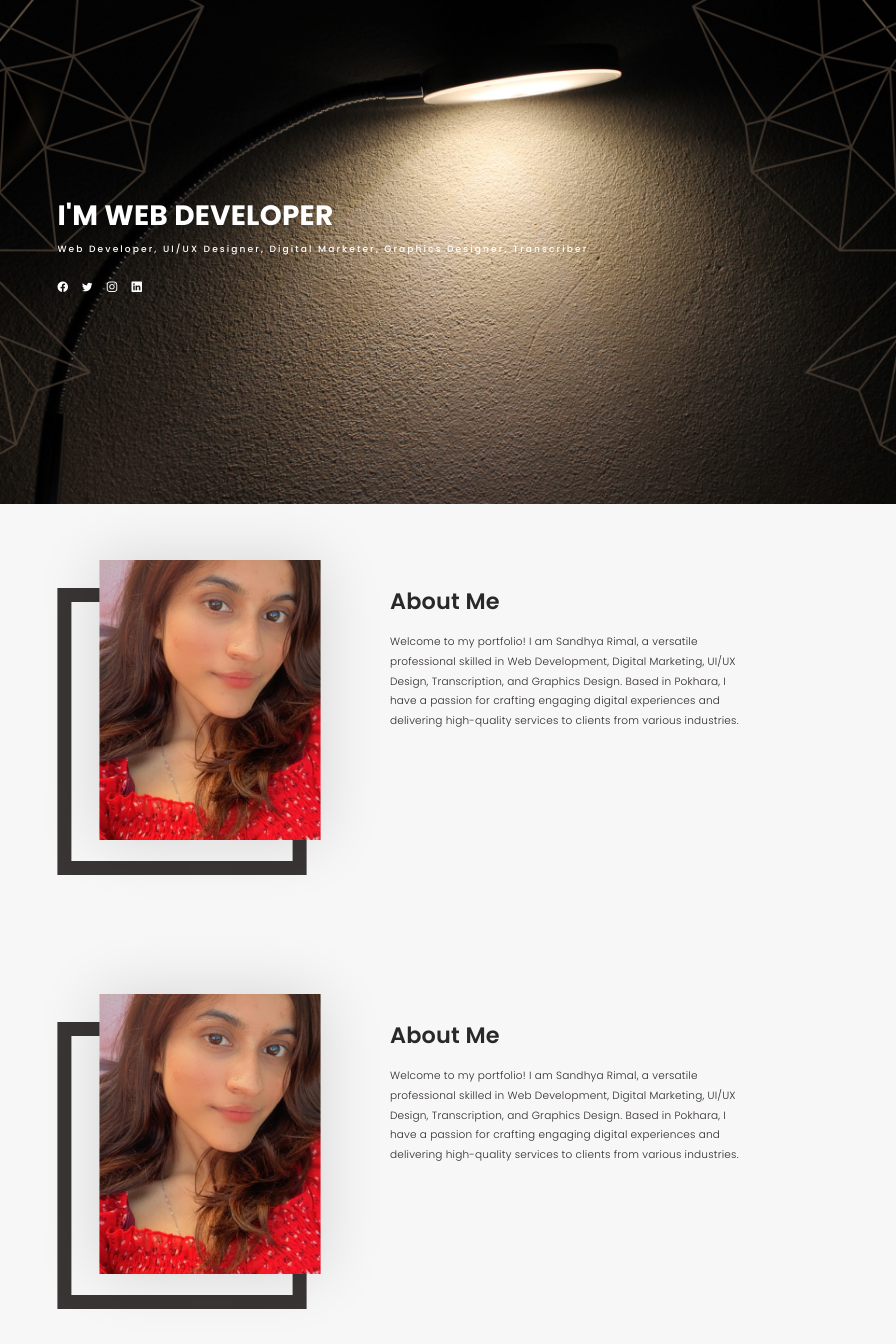
Repository: sandhya8109/portfolio
Page: index.html
These files come from the project's save history. The page is drawn as it stood at one moment and after the next save; the edit follows.
The browser window is 1280 px wide. The pictures show the part of the page from y = 0 to 1920 px (the page is 4909 px tall before and 5248 px after), at 70% of full size.
Some web fonts or font styles are not loaded; a fallback is used.

Above is the page before, as saved 2023-11-20 19:33:39.

After the next save:
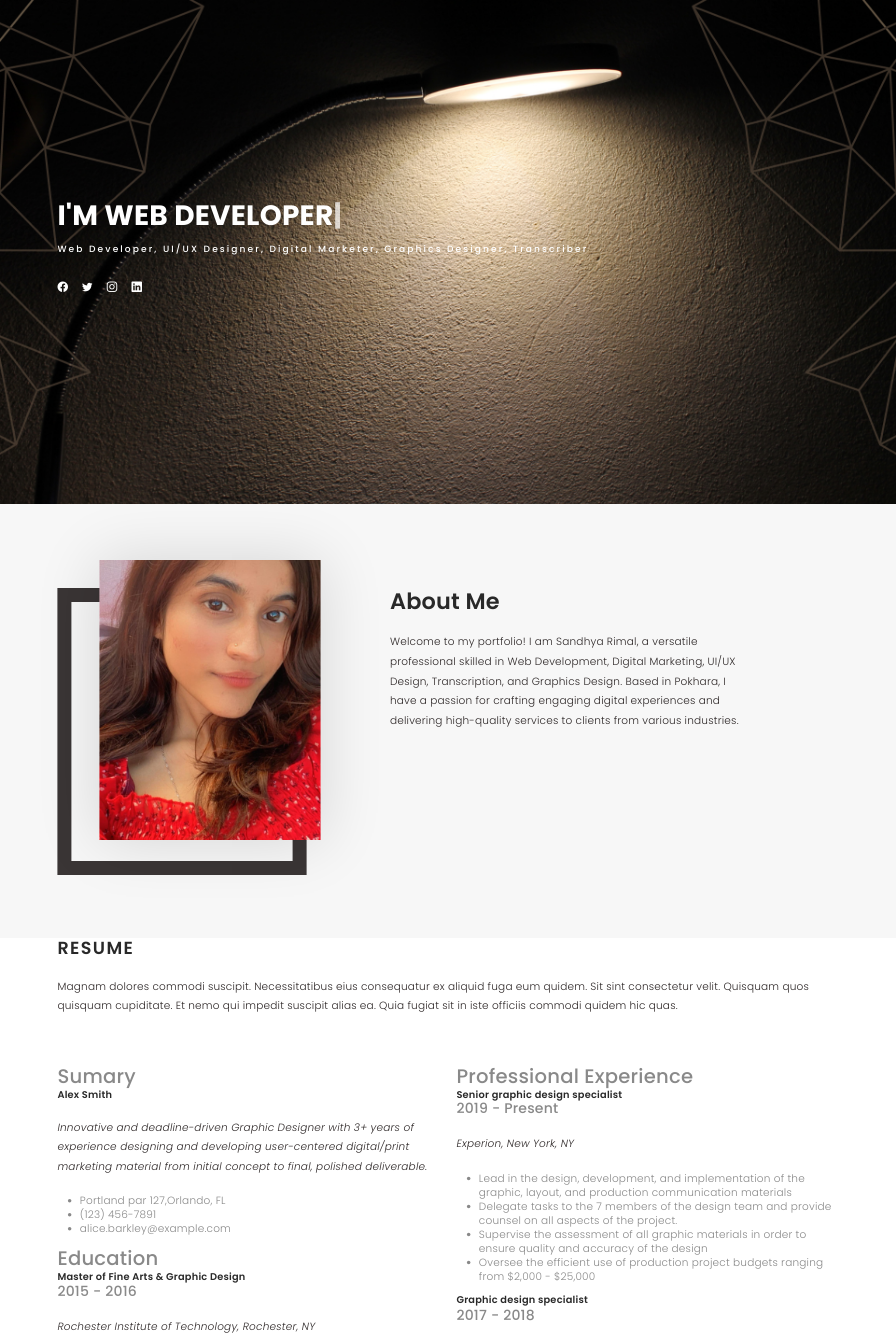
Saved 2 min 57 s later.
--- a/index.html
+++ b/index.html
@@ -114,31 +114,70 @@
         </div>
       </div>
     </div><!-- End About Section -->
-    <!-- ======= resume Section ======= -->
-    <div id="about" class="paddsection">
-      <div class="container">
-        <div class="row justify-content-between">
-
-          <div class="col-lg-4 ">
-            <div class="div-img-bg">
-              <div class="about-img">
-                <img src="assets/img/me.jpg" class="img-responsive" alt="me">
-              </div>
-            </div>
-          </div>
-
-          <div class="col-lg-7">
-            <div class="about-descr">
-
-              <h2>About Me </h2>
-              <p class="separator">Welcome to my portfolio! I am Sandhya Rimal, a versatile professional skilled in Web Development, Digital Marketing, UI/UX Design, Transcription, and Graphics Design. Based in Pokhara, I have a passion for crafting engaging digital experiences and delivering high-quality services to clients from various industries.</p>
-
-            </div>
-
-          </div>
-        </div>
-      </div>
-    </div><!-- End resume Section -->
+    <section id="resume" class="resume">
+      <div class="container">
+
+        <div class="section-title">
+          <h2>Resume</h2>
+          <p>Magnam dolores commodi suscipit. Necessitatibus eius consequatur ex aliquid fuga eum quidem. Sit sint consectetur velit. Quisquam quos quisquam cupiditate. Et nemo qui impedit suscipit alias ea. Quia fugiat sit in iste officiis commodi quidem hic quas.</p>
+        </div>
+
+        <div class="row">
+          <div class="col-lg-6 aos-init aos-animate" data-aos="fade-up">
+            <h3 class="resume-title">Sumary</h3>
+            <div class="resume-item pb-0">
+              <h4>Alex Smith</h4>
+              <p><em>Innovative and deadline-driven Graphic Designer with 3+ years of experience designing and developing user-centered digital/print marketing material from initial concept to final, polished deliverable.</em></p>
+              <ul>
+                <li>Portland par 127,Orlando, FL</li>
+                <li>(123) 456-7891</li>
+                <li>alice.barkley@example.com</li>
+              </ul>
+            </div>
+
+            <h3 class="resume-title">Education</h3>
+            <div class="resume-item">
+              <h4>Master of Fine Arts &amp; Graphic Design</h4>
+              <h5>2015 - 2016</h5>
+              <p><em>Rochester Institute of Technology, Rochester, NY</em></p>
+              <p>Qui deserunt veniam. Et sed aliquam labore tempore sed quisquam iusto autem sit. Ea vero voluptatum qui ut dignissimos deleniti nerada porti sand markend</p>
+            </div>
+            <div class="resume-item">
+              <h4>Bachelor of Fine Arts &amp; Graphic Design</h4>
+              <h5>2010 - 2014</h5>
+              <p><em>Rochester Institute of Technology, Rochester, NY</em></p>
+              <p>Quia nobis sequi est occaecati aut. Repudiandae et iusto quae reiciendis et quis Eius vel ratione eius unde vitae rerum voluptates asperiores voluptatem Earum molestiae consequatur neque etlon sader mart dila</p>
+            </div>
+          </div>
+          <div class="col-lg-6 aos-init aos-animate" data-aos="fade-up" data-aos-delay="100">
+            <h3 class="resume-title">Professional Experience</h3>
+            <div class="resume-item">
+              <h4>Senior graphic design specialist</h4>
+              <h5>2019 - Present</h5>
+              <p><em>Experion, New York, NY </em></p>
+              <ul>
+                <li>Lead in the design, development, and implementation of the graphic, layout, and production communication materials</li>
+                <li>Delegate tasks to the 7 members of the design team and provide counsel on all aspects of the project. </li>
+                <li>Supervise the assessment of all graphic materials in order to ensure quality and accuracy of the design</li>
+                <li>Oversee the efficient use of production project budgets ranging from $2,000 - $25,000</li>
+              </ul>
+            </div>
+            <div class="resume-item">
+              <h4>Graphic design specialist</h4>
+              <h5>2017 - 2018</h5>
+              <p><em>Stepping Stone Advertising, New York, NY</em></p>
+              <ul>
+                <li>Developed numerous marketing programs (logos, brochures,infographics, presentations, and advertisements).</li>
+                <li>Managed up to 5 projects or tasks at a given time while under pressure</li>
+                <li>Recommended and consulted with clients on the most appropriate graphic design</li>
+                <li>Created 4+ design presentations and proposals a month for clients and account managers</li>
+              </ul>
+            </div>
+          </div>
+        </div>
+
+      </div>
+    </section>
 
     <!-- ======= Services Section ======= -->
     <div id="services">
